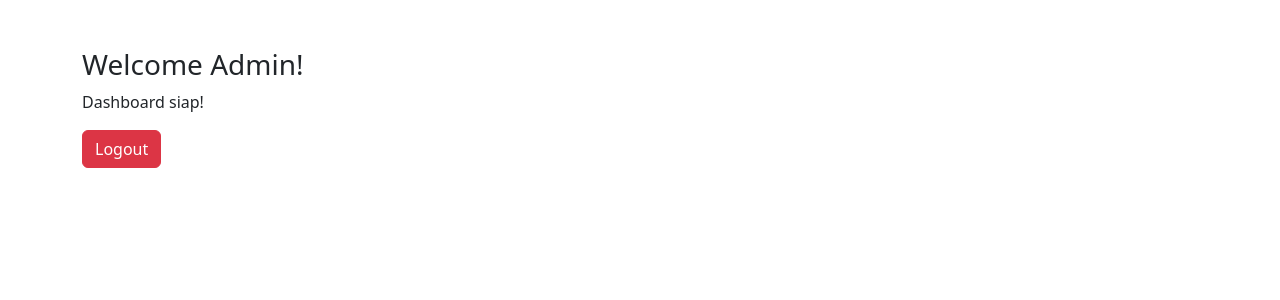
Repository: Senicccc/pathfinderit
Page: http://localhost/admin/index.php
These files come from the project's save history. The page is drawn as it stood at one moment and after the next save; the edit follows.
The browser window is 1280 px wide. The pictures show the whole page.
The page is run by PHP 8.4 with error messages shown; the project is at /var/www/html/. The session is filled in as if someone had signed in: {"admin": "Admin"}. Other server files are loaded and not shown.

Above is the page before, as saved 2026-04-09 15:27:45.

### admin/index.php
<?php
session_start();

if (!isset($_SESSION['admin'])) {
    header("Location: login.php");
    exit;
}
?>

<!DOCTYPE html>
<html>

<head>
    <title>Dashboard Admin</title>
    <link href="https://cdn.jsdelivr.net/npm/bootstrap@5.3.0/dist/css/bootstrap.min.css" rel="stylesheet">
</head>

<body>

    <div class="container mt-5">
        <h3>Welcome Admin!</h3>
        <p>Dashboard siap!</p>

        <a href="logout.php" class="btn btn-danger">Logout</a>
    </div>

</body>

</html>

After the next save:
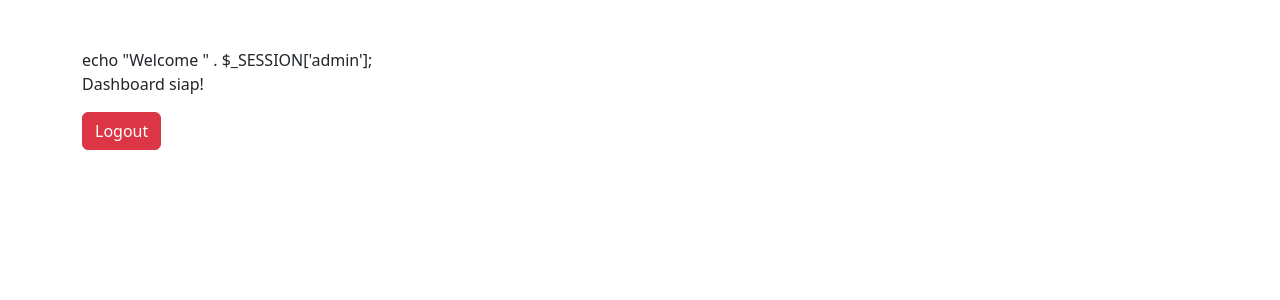
Saved 10 s later.
--- a/admin/index.php
+++ b/admin/index.php
@@ -18,7 +18,7 @@
 <body>
 
     <div class="container mt-5">
-        <h3>Welcome Admin!</h3>
+        echo "Welcome " . $_SESSION['admin'];
         <p>Dashboard siap!</p>
 
         <a href="logout.php" class="btn btn-danger">Logout</a>

After the save that followed:
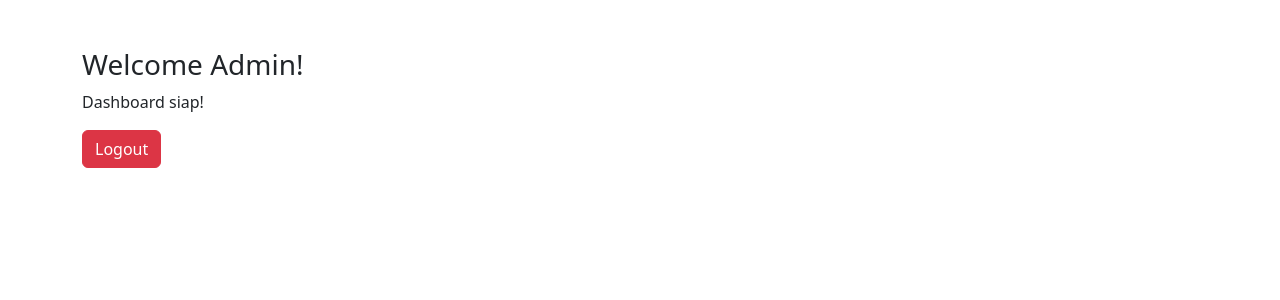
Saved 5 s later.
--- a/admin/index.php
+++ b/admin/index.php
@@ -18,7 +18,7 @@
 <body>
 
     <div class="container mt-5">
-        echo "Welcome " . $_SESSION['admin'];
+        <h3>Welcome Admin!</h3>
         <p>Dashboard siap!</p>
 
         <a href="logout.php" class="btn btn-danger">Logout</a>
